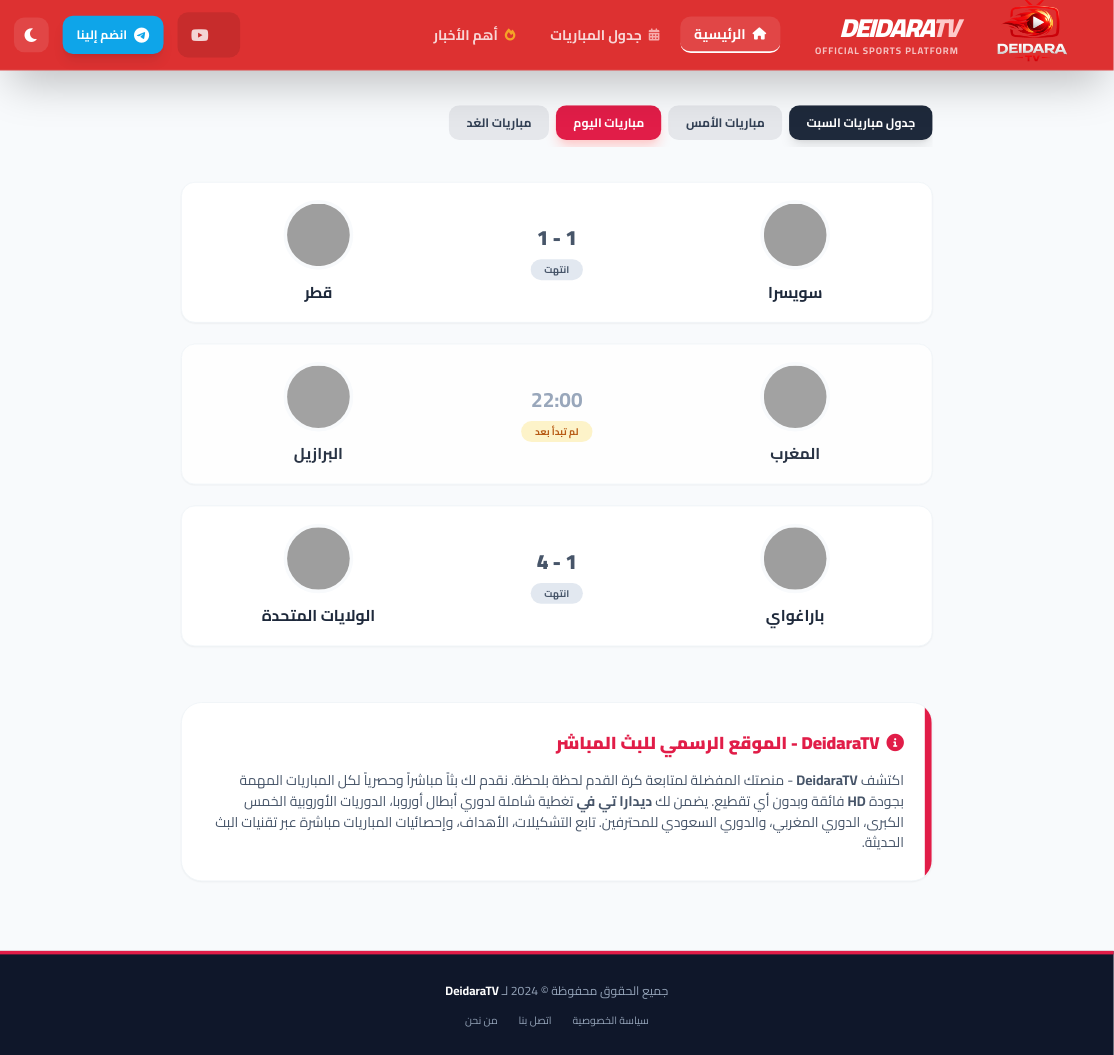
Repository: zakariax05/deidaraTV
Page: index.html
The author's editor kept a copy of each file at every save. The page is drawn from the files as they stood at one save, then again after the next save.
The browser window is 1280 px wide. The pictures show the whole page, at 87% of full size.
Pictures or frames that could not be fetched are drawn as grey boxes. Some web libraries are served in a nearby version.

Above is the page before, as saved 2026-06-14 02:25:17.

After the next save:
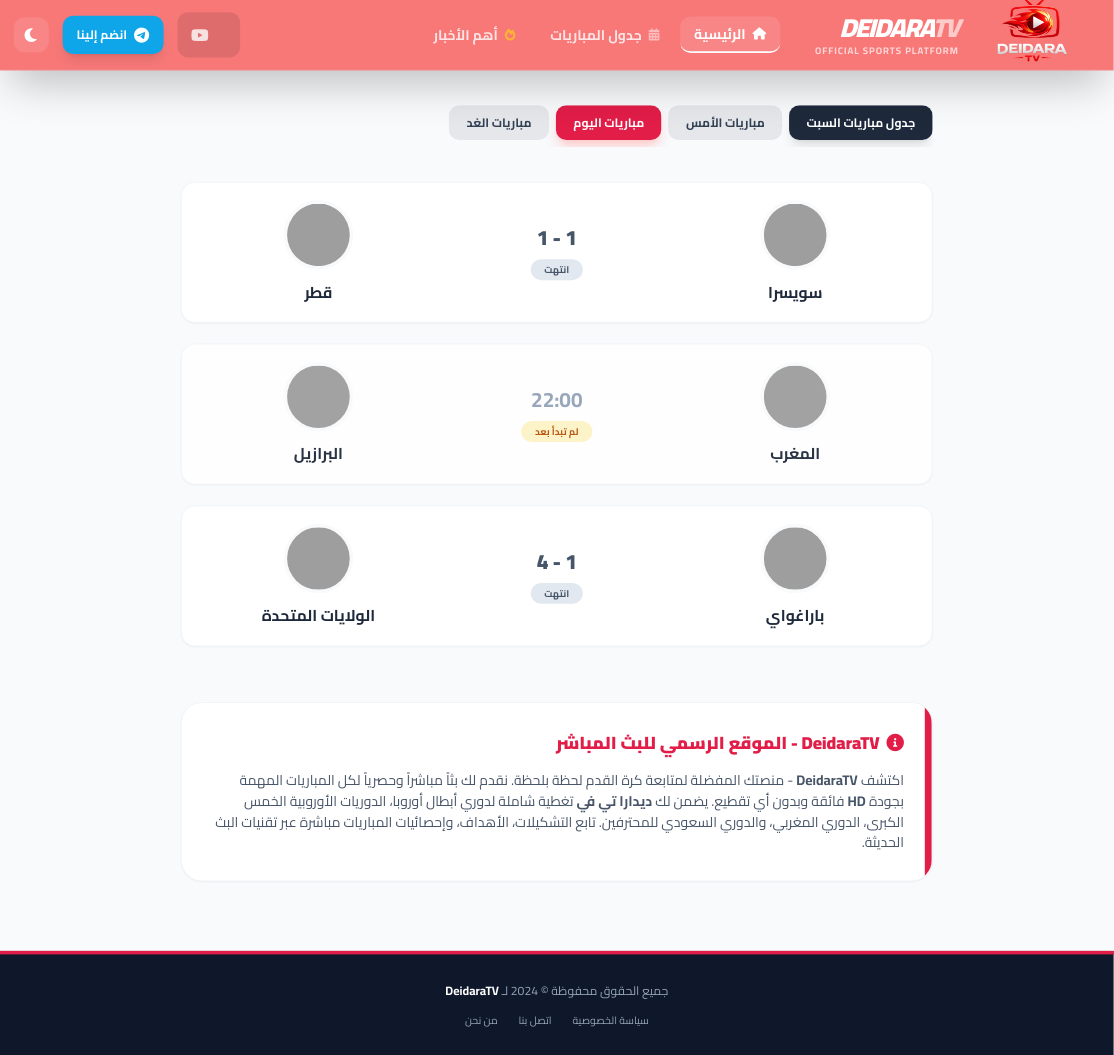
Saved 44 s later.
--- a/index.html
+++ b/index.html
@@ -43,7 +43,7 @@
   <!-- Header / الهيدر -->
   <!-- الهيدر المطور للرئيسية - DeidaraTV -->
   <header
-    class="bg-red-600 text-white shadow-2xl sticky top-0 z-[100] backdrop-blur-md bg-opacity-95 border-b border-white/10">
+    class="bg-red-400 text-white shadow-2xl sticky top-0 z-[100] backdrop-blur-md bg-opacity-95 border-b border-white/10">
     <div class="container mx-auto px-4">
       <div class="flex justify-between items-center h-16 md:h-20">
 
